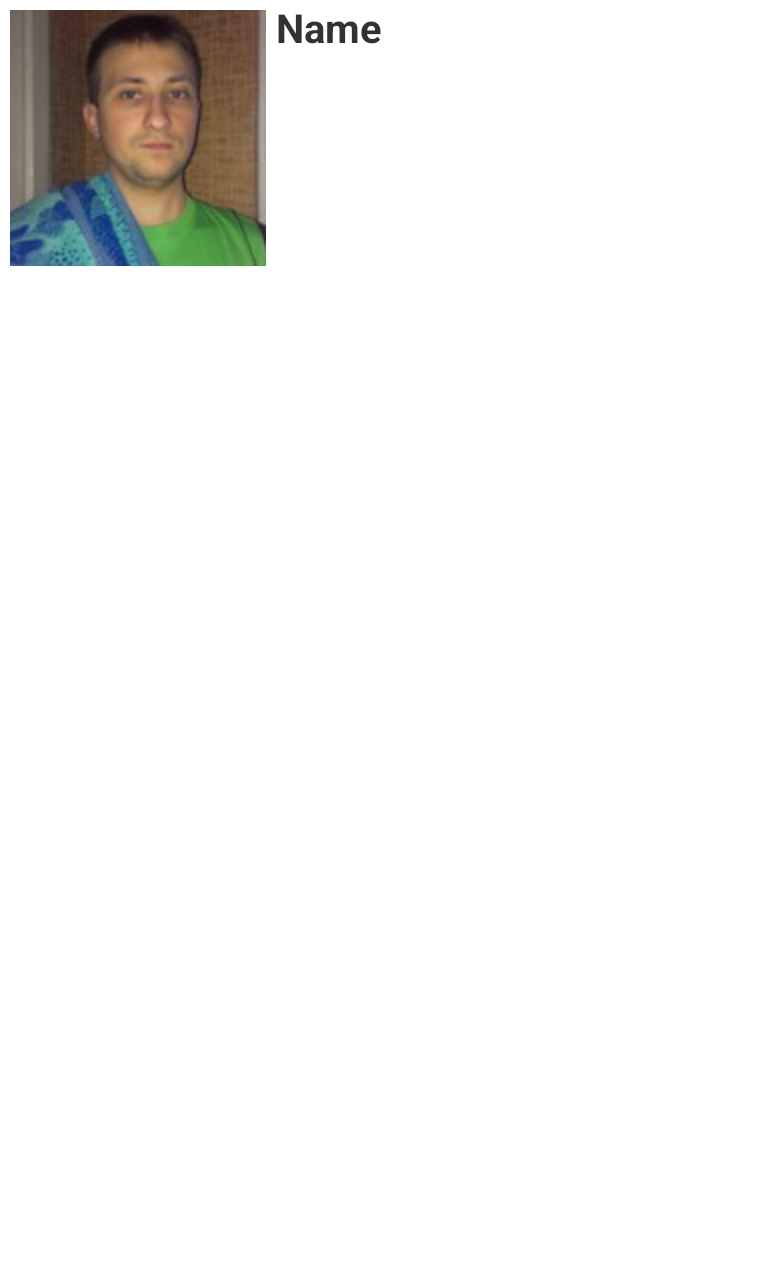
Repository: VanchT/42-test-ivtolkachev
Layout: FacebookFriends/res/layout/activity_main.xml
These files come from the project's save history. The layout is drawn as it stood at one moment and after the next save; the edit follows.
It is drawn on a 768 x 1280 px phone screen (xhdpi) without system bars, with theme AppTheme; the app's code is not run.

Above is the layout before, as saved 2013-01-09 08:39:59.

After the next save:
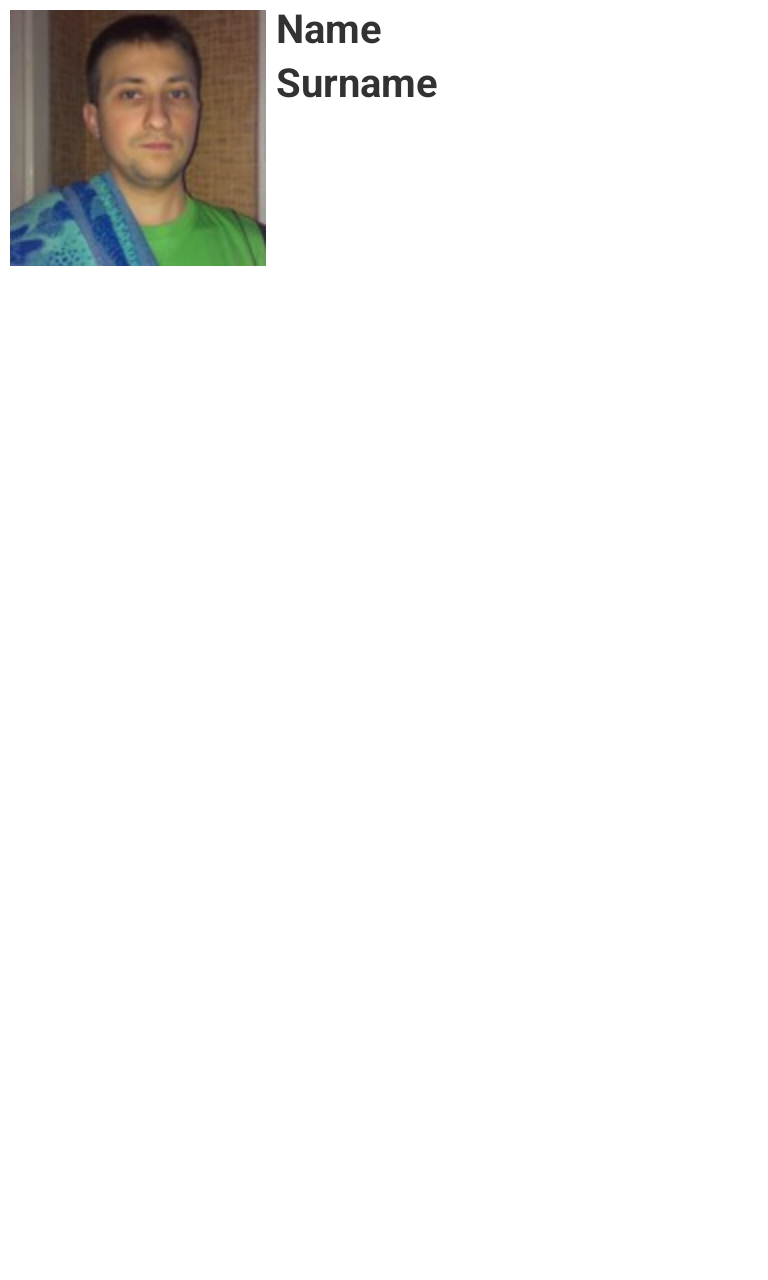
Saved 93 s later.
--- a/FacebookFriends/res/layout/activity_main.xml
+++ b/FacebookFriends/res/layout/activity_main.xml
@@ -23,4 +23,15 @@
         android:text="Name"
         />
 
+    <TextView
+        android:id="@+id/surname_me"
+        android:layout_width="wrap_content"
+        android:layout_height="wrap_content"
+        android:layout_toRightOf="@id/image_me"
+        android:layout_below="@id/name_me"
+        android:textStyle="bold"
+        android:textSize="20sp"
+        android:text="Surname"
+        />
+
 </RelativeLayout>
